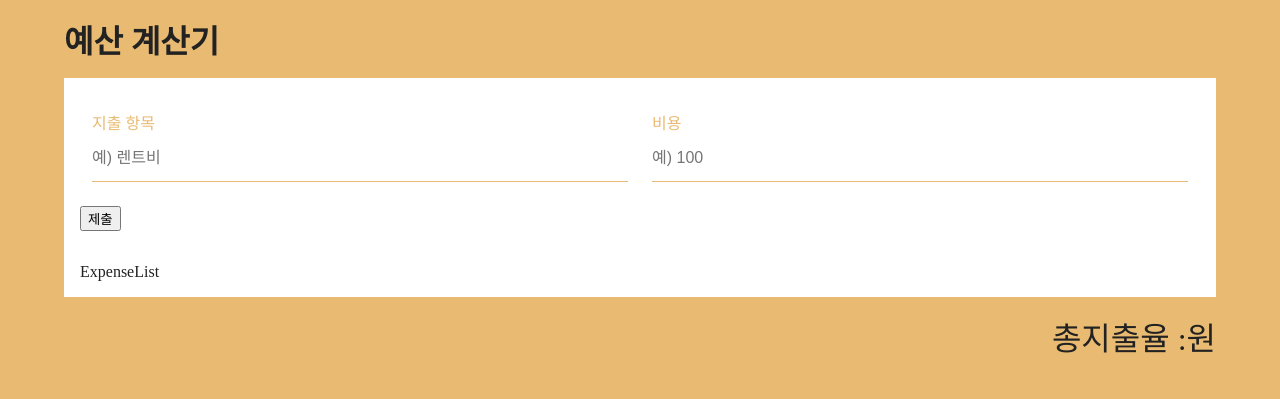
Repository: jongheonleee/budget_calculator
Page: /
The author's editor kept a copy of each file at every save. The page is drawn from the files as they stood at one save, then again after the next save.
The browser window is 1280 px wide. The pictures show the whole page.
The project was rebuilt for these pictures with package versions that can differ from the ones it lists, and the page was loaded fresh each time. Also part of the build but not shown: src/components/ExpenseList.css.

Above is the page before, as saved 2025-02-07 21:53:48.

### src/index.css
:root {
  --primaryColor : #90A959;
  --secondColor : #e9bb72;
  --mainWhite : #fff;
  --mainBlack : #222;
  --mainRed : #C45151;
  --mainGreen : #4CAF50;
}

* {
  margin: 0;
  box-sizing: border-box;
}

body {
  background: var(--secondColor);
  color: var(--mainBlack);
}

h1 {
  margin: 1rem 0;
}

### src/App.js
import { Component } from "react";
import "./App.css";
import ExpenseForm from "./components/ExpenseForm";
import ExpenseList from "./components/ExpenseList";

class App extends Component {

  render() {
    return (
      <main className="main-container">
        <h1>예산 계산기</h1>

        {/* 작성 영역 */}
        <div style={{ width:'100%', backgroundColor : 'white', padding: '1rem'}}>
          <ExpenseForm />
        </div>

        {/* 리스트 영역 */}
        <div style={{ width:'100%', backgroundColor : 'white', padding: '1rem'}}>
          <ExpenseList />
        </div>

        <div style={{ display : 'flex', justifyContent: 'end', marginTop: '1rem'}}>
          <p style={{ fontSize : '2rem'}}>
            총지출율 :
            <span>원</span>
          </p>
        </div>
      </main>
    )
  }
}

export default App;

### src/components/ExpenseForm.js
import React, { Component } from 'react'
import './ExpenseForm.css';

export class ExpenseForm extends Component {

    render() {
        return (
        <form>
            <div>
                <div className='form-center'>
                    <div className='form-group'>
                        <label htmlFor='charge'> 지출 항목 </label>
                        <input
                            type='text'
                            className='form-control'
                            id='charge'
                            name='charge'
                            placeholder='예) 렌트비'
                        />
                    </div>
                    <div className='form-group'>
                        <label htmlFor='amount'> 비용 </label>
                        <input
                            type='number'
                            className='form-control'
                            id='amount'
                            name='amount'
                            placeholder='예) 100'
                        />

                    </div>
                </div>
            </div>

            <button tpye='submit' className='btn'>
                제출
            </button>
        </form>
    )
  }
}

export default ExpenseForm

### src/components/ExpenseList.js
import React, { Component } from 'react'

export class ExpenseList extends Component {
  render() {
    return (
      <div>ExpenseList</div>
    )
  }
}

export default ExpenseList

### src/components/ExpenseForm.css
.form-center {
    display: flex;
}

.form-group {
    padding : 1rem 0.75rem;
    flex : 1;
}

label {
    display: block;
    color : var(--secondColor);
    font-size : 1rem;
    text-transform: capitalize;
}

.form-control {
    background-color: transparent;
    border: none;
    border-bottom: 1px solid var(--secondColor);
    outline: none;
    height: 3rem;
    width: 100%;
    font-size : 16px;
    margin: 0 0 8px 0;
    padding : 0;
}

Loaded but not shown: public/index.html (common file); src/index.js (common file); src/reportWebVitals.js (common file); src/App.css (common file)

After the next save:
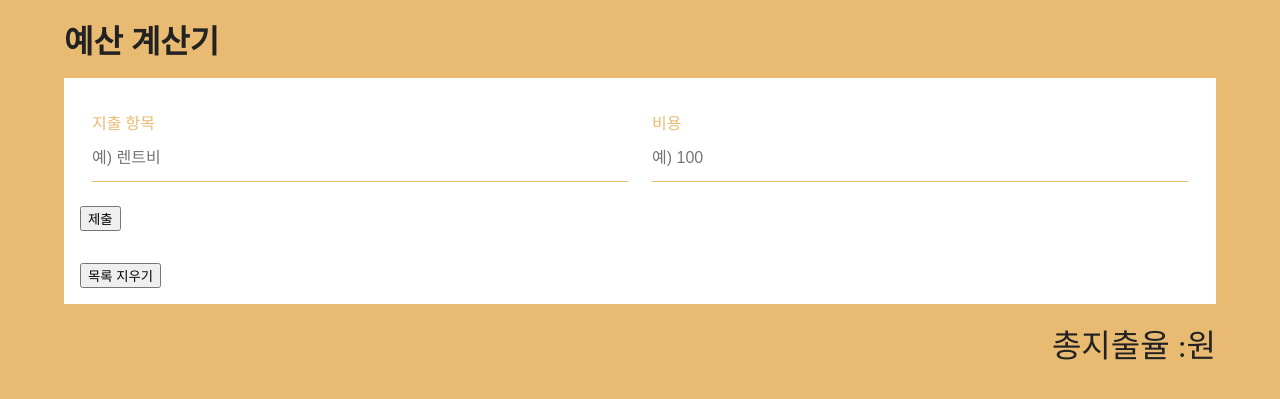
Saved 61 s later.
--- a/src/components/ExpenseList.js
+++ b/src/components/ExpenseList.js
@@ -1,9 +1,17 @@
 import React, { Component } from 'react'
+import './ExpenseList.css'
 
 export class ExpenseList extends Component {
   render() {
     return (
-      <div>ExpenseList</div>
+      <>
+        <ul className='list'>
+            {/* Expense Item */}
+        </ul>
+        <button className='btn'>
+            목록 지우기
+        </button>
+      </>
     )
   }
 }
